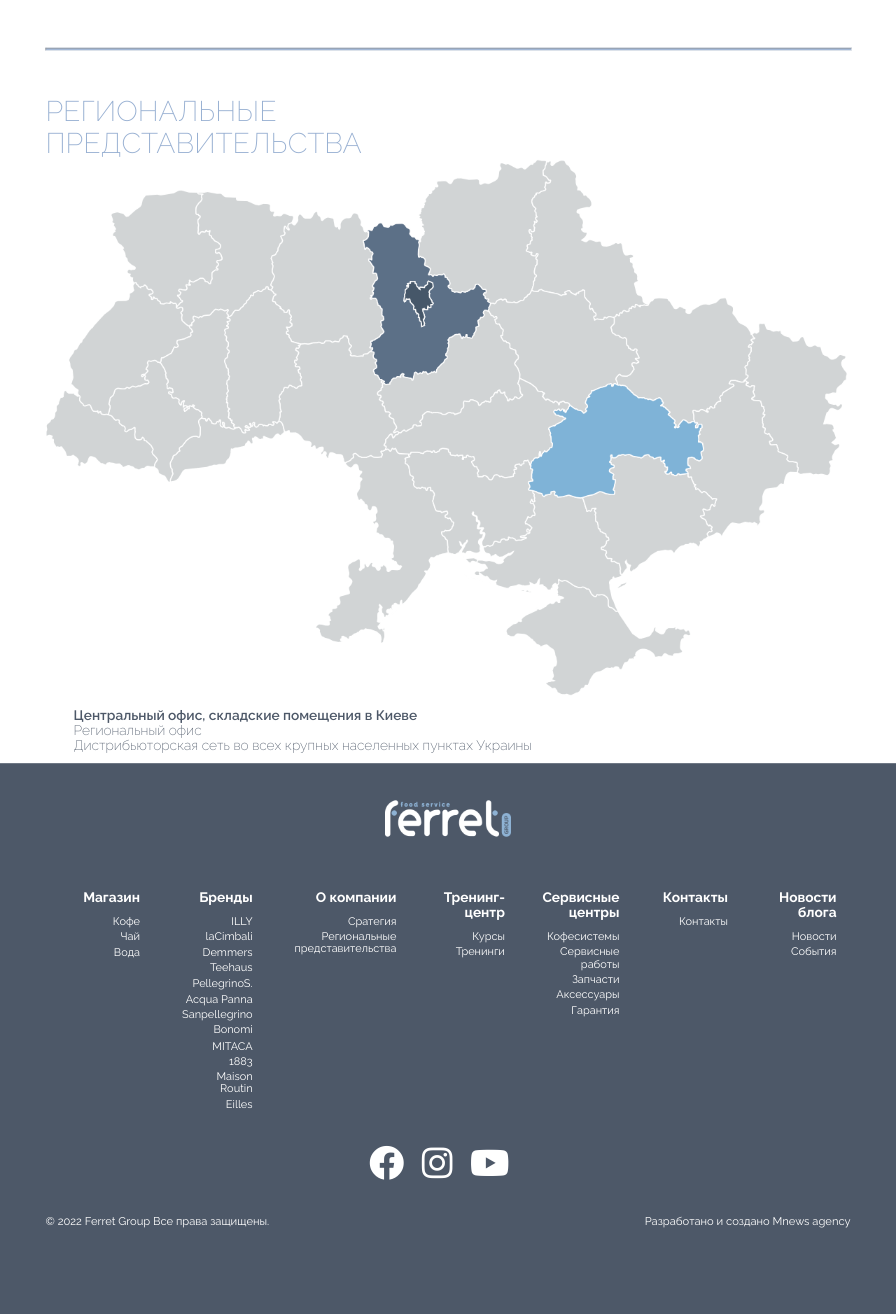
Repository: fanbear/ferret
Page: about.html
These files come from the project's save history. The page is drawn as it stood at one moment and after a run of saves; the edit follows.
The browser window is 1280 px wide. The pictures show the part of the page from y = 1366 to 3286 px (the page is 3243 px tall before and 3286 px after), at 70% of full size.

Above is the page before, as saved 2022-02-03 14:10:25.

### about.html
<!DOCTYPE html>
<html lang="en">

<head>
    <meta charset="UTF-8">
    <meta http-equiv="X-UA-Compatible" content="IE=edge">
    <meta name="viewport" content="width=device-width, initial-scale=1.0">
    <title>Document</title>
    <link preload
        href="https://fonts.googleapis.com/css2?family=Raleway:ital,wght@0,100;0,200;0,300;0,400;0,500;0,600;0,700;0,800;1,100;1,200;1,300;1,400;1,500;1,600;1,700&display=swap"
        rel="stylesheet">

    <link rel="stylesheet" href="./css/normalize.css">
    <link rel="stylesheet" href="./css/critical.css">
    <link rel="stylesheet" href="./css/media.css">

</head>

<body>
    <header class="flex-container main__header">
        <div class="flex-row">
            <div class="main__header-wrapper">
                <div class="header__wrapper-logo">
                    <a href=""><img src="./img/logotype.png" alt="ferretGroup" width="180" height="52"></a>
                </div>
                <nav class="header__wrapper-menu">
                    <ul>
                        <li><a href="#">Магазин</a></li>
                        <li><a href="#">Бренды</a></li>
                        <li class="active"><a href="#">О компании</a></li>
                        <li><a href="#">Тренинг-центр</a></li>
                        <li><a href="#">Сервисные центры</a></li>
                        <li><a href="#">Контакты</a></li>
                        <li><a href="#">Новости</a></li>
                    </ul>
                </nav>
                <div class="header__wrapper-actions">
                    <div class="wrapper__actions-search">
                        <a href="#"><img src="./img/search.png" alt="Поиск" width="28" height="28"></a>
                    </div>
                    <div class="wrapper__actions-language">
                        <a href="#">En</a>
                        <a class="active" href="#">Ua</a>
                    </div>
                    <div class="wrapper__actions-busket">
                        <img src="./img/basket.png" alt="корзина" width="28" height="25">
                        <span>1</span>
                    </div>
                </div>
            </div>
        </div>
    </header>
    <main class="flex-container main__content">
        <section class="about__head" style="background-image: url('./img/about-bg.webp');">
            <div class="flex-row">
                <div class="about__head-title">
                    <h1>
                        <span>О КОМПАНИИ</span>
                        <strong>Ferret Group</strong>
                        <hr>
                    </h1>
                </div>
                <div class="about__head-desc">
                    ООО «Феррет Груп» – профессиональная сервисная компания
                    предоставляющая оптимальный бизнес-комплекс, который включает в себя всемирно-известные бренды.
                </div>
            </div>
        </section>
        <section class="about__body">
            <div class="flex-row">
                <div class="breadcrumbs">
                    <ul>
                        <!-- Breadcrumb NavXT 7.0.2 -->
                        <li class="home post post-page">
                            <a title="Перейти к web-heaven." href="#">Главная</a>
                        </li>
                        <li class="post post-page current-item">
                            <span class="post post-page current-item">О компании</span>
                        </li>
                    </ul>
                </div>
                <div class="about__body-desc">
                    <div class="about__desc-item">
                        <h2>СТРАТЕГИЯ</h2>
                        <p>Долгосрочное партнерство и взаимовыгодное сотрудничество в сегментах КаБаРе и Офисов по
                            направлению премиальных
                            продуктов: кофе, чай и минеральные воды. Работа в сегменте Ритейл, путем построения
                            долгосрочных и прозрачных отношений
                            с розничными сетями</p>
                    </div>
                    <div class="about__desc-item">
                        <h2>КОНЦЕПЦИЯ</h2>
                        <p>«Феррет Груп» предоставляет оптимальный бизнес-комплекс, который включает в себя
                            всемирно-известные бренды: illy,
                            S.Pellegrino, Acqua Panna, la Cimbali, Althaus, а также сопутствующие сервисные и обучающие
                            услуги.</p>
                    </div>
                </div>
                <hr class="about__body-line">
                <div class="about__body-map">
                    <div class="about__map-title">РЕГИОНАЛЬНЫЕ
                        ПРЕДСТАВИТЕЛЬСТВА</div>
                    <div class="about__map-img">
                        <img src="./img/map.png" alt="РЕГИОНАЛЬНЫЕ ПРЕДСТАВИТЕЛЬСТВА ferretGroup">
                    </div>
                    <div class="about__map-desc">
                        <ul>
                            <li>Центральный офис, складские помещения в Киеве</li>
                            <li>Региональный офис</li>
                            <li>Дистрибьюторская сеть во всех крупных населенных
                                пунктах Украины</li>
                        </ul>
                    </div>
                </div>
            </div>
        </section>
    </main>
    <footer class="flex-containe main__footer">
        <div class="flex-row">
            <div class="main__footer-logotype"><img src="./img/logotype.png" alt="ferretGroup" width="180" height="52">
            </div>
            <div class="main__footer-menu">
                <div class="footer__menu-item">
                    <div class="footer__menu-item__title">Магазин</div>
                    <ul class="footer__menu-item__list">
                        <li><a href="#">Кофе</a></li>
                        <li><a href="#">Чай</a></li>
                        <li><a href="#">Вода</a></li>
                    </ul>
                </div>
                <div class="footer__menu-item">
                    <div class="footer__menu-item__title">Бренды</div>
                    <ul class="footer__menu-item__list">
                        <li><a href="#">ILLY</a></li>
                        <li><a href="#">laCimbali</a></li>
                        <li><a href="#">Demmers</a></li>
                        <li><a href="#">Teehaus</a></li>
                        <li><a href="#">Pellegrino</a>S.</li>
                        <li><a href="#">Acqua Panna</a></li>
                        <li><a href="#">Sanpellegrino</a></li>
                        <li><a href="#">Bonomi</a></li>
                        <li><a href="#">MITACA</a></li>
                        <li><a href="#">1883</a></li>
                        <li><a href="#">Maison Routin</a></li>
                        <li><a href="#">Eilles</a></li>
                    </ul>
                </div>
                <div class="footer__menu-item">
                    <div class="footer__menu-item__title">О компании</div>
                    <ul class="footer__menu-item__list">
                        <li><a href="#">Сратегия</a></li>
                        <li><a href="#">Региональные представительства</a></li>
                    </ul>
                </div>
                <div class="footer__menu-item">
                    <div class="footer__menu-item__title">Тренинг-центр</div>
                    <ul class="footer__menu-item__list">
                        <li><a href="#">Курсы</a></li>
                        <li><a href="#">Тренинги</a></li>
                    </ul>
                </div>
                <div class="footer__menu-item">
                    <div class="footer__menu-item__title">Сервисные центры</div>
                    <ul class="footer__menu-item__list">
                        <li><a href="#">Кофесистемы</a></li>
                        <li><a href="#">Сервисные работы</a></li>
                        <li><a href="#">Запчасти</a></li>
                        <li><a href="#">Аксессуары</a></li>
                        <li><a href="#">Гарантия</a></li>
                    </ul>
                </div>
                <div class="footer__menu-item">
                    <div class="footer__menu-item__title">Контакты</div>
                    <ul class="footer__menu-item__list">
                        <li><a href="#">Контакты</a></li>
                    </ul>
                </div>
                <div class="footer__menu-item">
                    <div class="footer__menu-item__title">Новости блога</div>
                    <ul class="footer__menu-item__list">
                        <li><a href="#">Новости</a> </li>
                        <li><a href="#">События</a></li>
                    </ul>
                </div>
            </div>
            <div class="main__footer-social">
                <a href="#"><i class="fab fa-facebook"></i></a>
                <a href="#"><i class="fab fa-instagram"></i></a>
                <a href=""><i class="fab fa-youtube"></i></a>
            </div>
            <div class="main__footer-bottom">
                <div class="footer__bottom-item"><a href="#">© 2022 Ferret Group Все права защищены.</a></div>
                <div class="footer__bottom-item"><a href="#">Разработано и создано Mnews agency</a></div>
            </div>
        </div>



        <link rel="stylesheet" href="./css/main.css">
        <link rel="stylesheet" type="text/css" href="./css/slick.css" />
        <link preload rel="stylesheet" href="https://use.fontawesome.com/releases/v5.15.4/css/all.css"
            integrity="sha384-DyZ88mC6Up2uqS4h/KRgHuoeGwBcD4Ng9SiP4dIRy0EXTlnuz47vAwmeGwVChigm" crossorigin="anonymous">
        <script src="https://code.jquery.com/jquery-3.6.0.min.js"
            integrity="sha256-/xUj+3OJU5yExlq6GSYGSHk7tPXikynS7ogEvDej/m4=" crossorigin="anonymous"></script>
        <script src="https://ajax.googleapis.com/ajax/libs/jquery/1.12.3/jquery.min.js"></script>
        <script type="text/javascript" src="./js/slick.min.js"></script>

        <script src="./js/main.js"></script>
        <script>
            $(document).ready(function () {
                $('').slick({
                    slidesToShow: 1,
                    slidesToScroll: 1,
                    rows: 3,
                    slidesPerRow: 3,
                    // autoplay: true,
                    infinite: false,
                    autoplaySpeed: 2000,
                    prevArrow: "<button type='button' class='slick-prev pull-left'><span class='btn-arrow'></span></button>",
                    nextArrow: "<button type='button' class='slick-next pull-left'><span class='btn-arrow'></button>",
                });
            });
        </script>
    </footer>

</body>

</html>

### css/main.css
/* Стрелка в кнопках */
.btn-arrow {
    width: 56px;
    background: white;
    height: 2px;
    display: flex;
    margin-left: 12px;
    position: relative;
}

.btn-arrow::before {
    content: '';
    display: block;
    width: 10px;
    height: 2px;
    background: inherit;
    right: -1px;
    position: absolute;
    transform: rotate(45deg);
    top: -3px;
}

.btn-arrow::after {
    content: '';
    display: block;
    width: 10px;
    height: 2px;
    background: inherit;
    right: -1px;
    position: absolute;
    transform: rotate(-45deg);
    top: 3px;
}

/* Портфолио */
.main__text {
    height: 90px;
    width: 100%;
    background-color: #4d5868;
    display: flex;
    align-items: center;
}

.main__text-item {
    font-size: 2.4em;
}

.main__text-link {
    margin-top: 30px;
    border: 1px solid white;
    border-radius: 10px;
    padding: 13px 45px 11px 50px;
    max-width: 400px;
    margin: 0 auto;
}

.main__text-link a {
    font-size: 1.45em;
    display: flex;
    align-items: center;
}

.briefcase__item {
    background-size: cover;
    background-repeat: no-repeat;
    background-position: center;
    padding: 228px 0 172px 0;
}

.briefcase__item-right {
    display: flex;
    align-items: flex-end;
    flex-direction: column;
    margin: 0 right;
}

.briefcase__item-left {
    display: flex;
    align-items: flex-start;
    flex-direction: column;
    margin: 0 right;
}

.briefcase__item-title {
    font-size: 3.59em;
    font-weight: 600;
}

.briefcase__item-text {
    margin-top: 10px;
    font-size: 1.8em;
    max-width: 490px;
}

.briefcase__item-link {
    margin-top: 30px;
    border: 1px solid white;
    border-radius: 10px;
    padding: 16px 12px 12px 16px;
}

.briefcase__item-left .briefcase__item-link {
    margin-top: 60px;
}

.briefcase__item-link a {
    font-size: 1.45em;
    display: flex;
    align-items: center;
    font-weight: 700;
}

/* Про компанию */
.about {
    background-color: #8fb2d5;
}

.about__wrapper-item {
    display: flex;
    justify-content: space-between;
    flex: wrap;
}

.about__wrapper-text {
    flex: 1 1 50%;
    margin-right: 15px;
    padding: 85px 0 36px 0;
}

.about__wrapper-img {
    flex: 1 1 50%;
    margin-left: 15px;
    background-size: cover;
    background-repeat: no-repeat;
}


.about__wrapper-title {
    font-size: 2.4em;
    font-weight: bold;
    text-transform: uppercase;
}

.about__wrapper-desc {
    margin: 75px 0 46px 80px;
    font-size: 1.8em;
    color: #000000;
    font-weight: 300;
    word-break: break-all;
}

.about__wrapper-link {
    display: flex;
}

.about__wrapper-link a {
    border: 1px solid white;
    border-radius: 10px;
    padding: 24px 16px 18px 22px;
    display: flex;
    align-items: center;
    font-size: 1.8em;
    font-weight: 600;
}

/* Новости блога */
.blog__news {
    padding-top: 80px;
    padding-bottom: 120px;
}

.blog__news-text {
    display: flex;
    justify-content: space-between;
    align-items: center;
    margin-bottom: 43px;
}

.news-text__title {
    font-size: 2.3em;
    font-weight: 700;
    color: #4d5868;
    text-transform: uppercase;
}

.news-text__link a {
    color: #8fb2d5;
    font-size: 1.2em;
    display: flex;
    align-items: center;
}

.news-text__link span {
    background: #8fb2d5;
}

.slider__item {
    display: flex;
    flex-direction: column;
    align-items: center
}

.slider__item-image {
    width: 100%;
    height: 267px;
    display: flex;
    background-size: cover;
    background-repeat: no-repeat;
    background-position: center;
}

.slider__item-title {
    height: 115px;
    display: flex;
    align-items: center;
    padding: 0 20px;
    background: #4d5868;
    box-sizing: border-box;
    font-size: 1.2em;
    font-weight: 700;
    margin-top: -1px;
    /* word-break: break-all; */
}

.slider__item-text {
    height: 150px;
    border: 1px solid #4d5868;
    border-radius: 0 0px 10px 10px;
    box-sizing: border-box;
    padding: 10px 20px 0 20px;
    display: flex;
    flex-direction: column;
    justify-content: space-between;
    /* word-break: break-all; */
}

.slider__item-text p {
    color: #000000;
    font-size: 1.2em;
    font-weight: 300;
    margin: 0;
}

.slider__item-text-link {
    margin: 15px 0;

}

.slider__item-text-link a {
    height: 15px;
    display: flex;
    align-items: center;
}

.slider__item-text-link a span {
    background: #8fb2d5;
    margin: 0;

}

.blog__news-slider .slick-slide {
    margin: 0 15px;
}

.blog__news-slider .slick-list {
    margin: 0 -15px !important;
}

.blog__news-slider .slick-prev,
.blog__news-slider .slick-next {
    border: 0;
    position: absolute;
    top: calc(50% - 22px);
    height: 43px;
    width: 63px;
    background: #8fb2d5;
    display: flex;
    justify-content: center;
    align-items: center;
    z-index: 1;
    cursor: pointer;
}

.blog__news-slider .slick-prev {
    border-radius: 0 10px 10px 0;
}

.blog__news-slider .slick-next {
    right: 0;
    border-radius: 10px 0 0 10px;
}

.blog__news-slider .slick-prev span {
    margin: 0;
    transform: rotate(180deg);
}

.blog__news-slider .slick-next span {
    marign: 0;
}

/* Footer */
.main__footer {
    background: #4d5868;
    padding-bottom: 125px;
}

.main__footer-logotype {
    margin: 53px auto 73px auto;
}

.main__footer-menu {
    display: flex;
    justify-content: space-between;
}

.footer__menu-item {
    flex: 1 1 calc(100% / 7);
    padding-right: 20px;
}

.footer__menu-item__title {
    font-size: 1.4em;
    font-weight: bold;
    text-align: right;
}

.footer__menu-item__list li {
    list-style: none;
    text-align: right;
    font-size: 1.12em;
    margin-bottom: 5px;
}

.main__footer-social {
    display: flex;
    justify-content: center;
    align-items: center;
    margin-top: 35px;
    margin-bottom: 50px;
}

.main__footer-social a {
    margin-right: 25px;

}

.main__footer-social a i {
    font-size: 50px;
}

.main__footer-bottom {
    display: flex;
    justify-content: space-between;
    align-items: center;
}

.footer__bottom-item a {
    font-size: 1.14em;
}


/* Шаблон страницы бренда */
.brand__product-filter {
    margin-top: 90px;
    margin-bottom: 76px;
    display: flex;
    flex-wrap: wrap;
    margin-left: -33px;
    margin-right: -33px;
}

.filter__item {
    flex: 1 1 calc(100% / 3 - 66px);
    margin: 23px 33px;
    height: 105px;
    overflow-y: hidden;
    border-bottom: 1px solid #4d5868;
    transition: 0.3s ease-out;
}

.filter__item-title a {
    font-size: 1.8em;
    color: #4d5868;
    font-weight: 200;
}

.filter__item-active {
    border-bottom: 1px solid #98b0d2;
}

.filter__item-active a {
    color: #98b0d2;
    font-weight: 400;
    transition: 0.3s ease-out;
}

.filter__item:hover .filter__item-title a {
    color: #98b0d2;
    transition: 0.3s ease-in;
}

.filter__item:hover {
    border-bottom: 1px solid #98b0d2;
    transition: 0.3s ease-in;
}

.product__group-title {
    display: flex;
    justify-content: space-between;
    align-items: center;
}

.product__group-btn__all {
    color: #4d5868;
    font-size: 1.4em;
    font-weight: 500;
    cursor: pointer;
    border-bottom: 1px solid transparent;
    transition: 0.4s;
}

.product__group-btn__all:hover {
    border-bottom: 1px solid #4d5868;
    transition: 0.4s;
}

.product__group-title h2 {
    color: #4d5868;
    font-size: 2.3em;
    font-weight: 500;
    margin-bottom: 40px;
}

.brand__product-wrapper {
    padding-bottom: 117px;
}

.product__group {
    display: flex !important;
    flex-wrap: wrap;
    max-height: calc(362px * 3 + 90px);
    height: auto;
    overflow-y: hidden;
    margin: 0 -15px;
}

.group__item-product {
    width: calc(100% / 3 - 30px);
    margin: 15px 15px;
    height: 362px;
    display: flex;
    justify-content: center;
    align-items: center;
    border-radius: 10px;
    border: 1px solid #8fb2d5;
    box-sizing: border-box;
    position: relative;
    animation: product-unhover 0.8s;
}

.group__item-product-hide {
    display: none;
}

.group__item-product-show {
    display: flex;
    animation: product-show 0.8s;
}

.group__item-product img {
    width: 100%;
}

.group__item-product span {
    position: absolute;
    bottom: 0;
    width: 0;
    background: #4d5868;
    height: 1px;
    width: 0;
    display: block;
    animation: product-unhover-span 0.4s;
}

.group__item-product:hover {
    border: 1px solid transparent;
    border-radius: 0;
    animation: product-hover 0.4s;
}

.group__item-product:hover span {
    width: 100%;
    animation: product-hover-span 0.8s;
}

@keyframes product-hover {
    0% {
        border-radius: 10px;
        border: 1px solid #8fb2d5;
    }

    50% {
        border-radius: 5px;
        border: 1px solid #c3dcf5;
    }

    100% {
        border-radius: 0;
        border: 1px solid transparent;
    }
}

@keyframes product-unhover {
    0% {
        border-radius: 0;
        border: 1px solid transparent;
    }

    50% {
        border-radius: 5px;
        border: 1px solid #c3dcf5;
    }

    100% {
        border-radius: 10px;
        border: 1px solid #8fb2d5;
    }
}

@keyframes product-hover-span {
    0% {
        width: 0;
    }

    100% {
        width: 100%;
    }
}

@keyframes product-unhover-span {
    0% {
        width: 100%;
    }

    100% {
        width: 0;
    }
}

@keyframes product-show {
    0% {
        transform: scale(0.2);
    }

    100% {
        transform: scale(1);
    }
}

.brand__product-more {
    color: #4d5868;
    font-size: 1.3em;
    display: none;
    width: 200px;
    justify-content: center;
    align-items: center;
    border: 1px solid #4d5868;
    padding: 15px;
    margin: 25px auto;
    cursor: pointer;
}

.brand__product-more__show {
    display: flex;
}

/* О нашей компании */
.about__body-desc {
    display: flex;
    justify-content: space-between;
    align-items: center;
}

.about__desc-item {
    display: flex;
    flex-direction: column;
    flex: 0 0 48%;
    margin-bottom: 90px;
}

.about__desc-item h2 {
    color: #98b0d2;
    font-size: 2.9em;
    font-weight: 400;
    margin: 0 0 24px 0;
}

.about__desc-item p {
    font-size: 1.6em;
    color: #4d5868;
    margin: 0;
    font-weight: 200;
}

.about__body-line {
    margin: 0;
    height: 2px;
    width: 100%;
    background-color: #98b0d2;
}

.about__body-map {
    display: flex;
    flex-direction: column;
    margin-top: 65px;
}

.about__map-title {
    font-size: 2.9em;
    color: #98b0d2;
    font-weight: 200;
    max-width: 45%;
}

.about__map-desc ul li {
    font-size: 1.4em;
    list-style: none;
    font-weight: 200;
    color: #4d5868;
}

.about__map-desc ul li:nth-child(1) {
    color: #4d5868;
    font-weight: 600;
}

.about__map-desc ul li:nth-child(2) {
    color: #4d5868;

}

.about__map-desc ul li:nth-child(3) {
    color: #4d5868;

}

Loaded but not shown: css/normalize.css (library); css/slick.css (common file); js/slick.min.js (library); js/main.js (131 lines, source omitted); css/critical.css (374 lines, source omitted); css/media.css (no stored copy; drawn as an empty file)

After the next 2 saves:
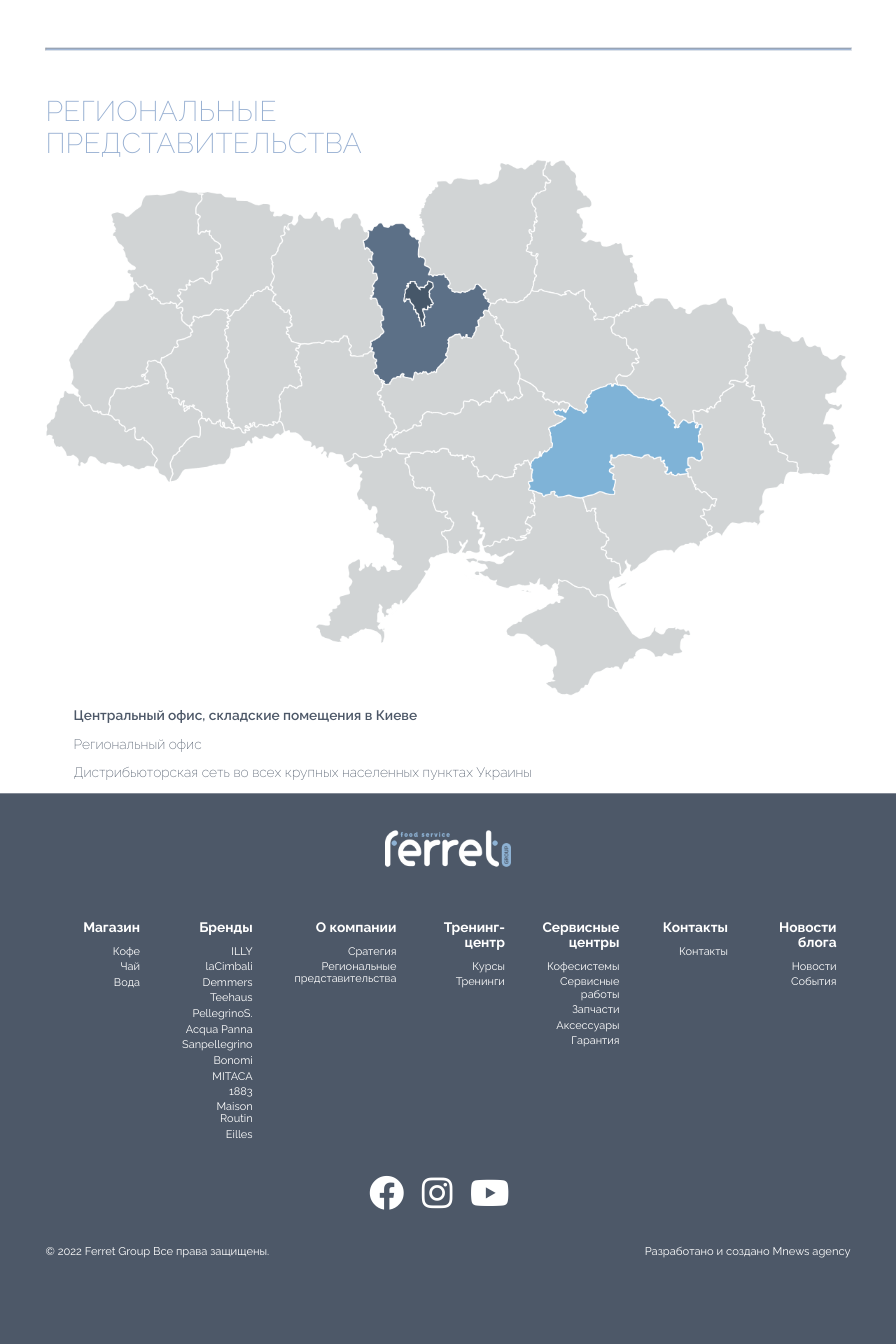
The 2 saves are shown as one change because they came seconds apart.
The last was saved 27 s later.
--- a/css/main.css
+++ b/css/main.css
@@ -628,6 +628,7 @@
     list-style: none;
     font-weight: 200;
     color: #4d5868;
+    margin-bottom: 19px;
 }
 
 .about__map-desc ul li:nth-child(1) {
